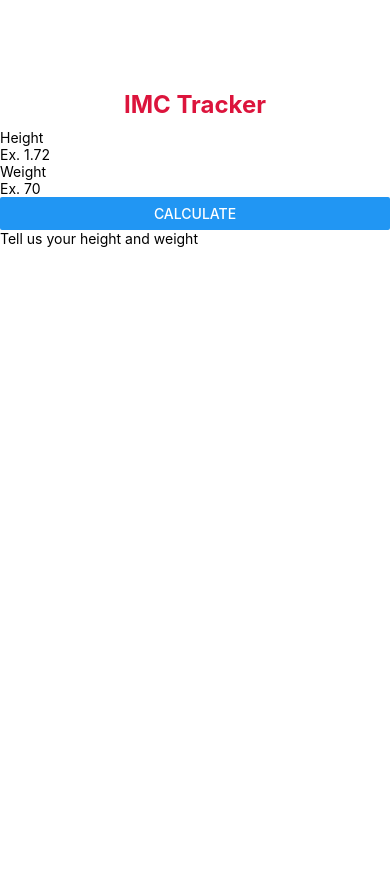
Repository: rubenmatias08/IMCTracker
Screen: /
An editor plug-in stored every save of this project. The screen is shown before and after the next save, followed by the edit.
The app was drawn by React Native's web renderer in a window 390 px wide. The project was rebuilt for these pictures with package versions that can differ from the ones it lists, and the page was loaded fresh each time.

Above is the screen before, as saved 2024-03-10 17:22:49.

### App.js
import { StyleSheet, View } from 'react-native';
import Title from './src/components/Title';
import Form from './src/components/Form/index'

export default function App() {
  return (
    <View style={styles.container}>
      <Title/>
      <Form />
    </View>
  );
}

const styles = StyleSheet.create({
  container: {
    flex: 1,
    backgroundColor: 'f8f8ff',
    paddingTop: 80,

  },
});



/*
   alignItems: 'center',
    justifyContent: 'center',

*/

### src/components/Title/index.js
import React from "react";
import { View,Text } from "react-native"; //Componentes
import styles from "./style";

export default function Title(){
    return(
        <View style={styles.boxTitle}>
            <Text style={styles.textTitle}>IMC Tracker</Text>
        </View>
    )
}

//Para aplicar a estilização colocamos: style={nomedoficheiroimportado.propriedadeJSON}

### src/components/Form/index.js
import React , {useState} from "react";
import { TextInput, View, Text, Button } from "react-native";
import ResultIMC from "./ResultIMC";
import styles from "./style";


export default function Form(){

    const [height, setHeight] = useState(null); // Altura
    const [weight, setWeight] = useState(null); // Peso
    const [messageIMC, setmessageIMC] = useState("Tell us your height and weight"); // Mensagem que contem o resultado
    const [imc,setIMC] = useState(null); // valor do IMC
    const [textButton, setTextButton] = useState("Calculate"); //

    //Calcular o imc é altura x altura a dividir por peso
    //E vamos querer que nos retorne o resultado (toFixed) que é para vir com 2 casas decimais apenas.
    function CalculatorIMC(){
        return setIMC((weight / (height * height)).toFixed(2))
    }

    //Caso os valores tiverem sido preenchidos ele valida, caso contrário temos de avisar o usuário para preencher os dados de altura e peso.
    //Aqui com a condição é: Caso os valores de height e weight sejam diferentes de null, ou seja, estão preenchidos... Chama a função CalculatorIMC() que fará o calculo que depois nos dá o resultado.
    function ValidationIMC(){
        if(height != null && weight != null){
            CalculatorIMC() //Função do calculo
            setHeight(null) //Reset de height para que se faça depois um novo calculo
            setWeight(null) //Reset de weight para que se faça depois um novo calculo
            setmessageIMC("Your IMC is:") //Mensagem para apresentar o resultado
            setTextButton("Calculate again") //Botão com mensagem
            return //Depois de tudo isto... Retorna-nos.
        }
        setIMC(null) //caso o peso e altura sejam nulos, colocamos o imc como nulo também para que não haja resposta de possiveis calculos anteriores
        setTextButton("Calculate") //Para voltar a apresentar o texto original
        setmessageIMC("Tell us your height and weight") //Para voltar a apresentar o texto original

    }


    return(
        <View style={styles.formContext}>
            <View>
                <Text>Height</Text>
                <TextInput
                onChangeText={setHeight}
                value={height}
                placeholder="Ex. 1.72"
                keyboardType="numeric"
                />

                <Text>Weight</Text>
                <TextInput
                onChangeText={setWeight}
                value={weight}
                placeholder="Ex. 70"
                keyboardType="numeric"
                />

                <Button
                onPress={() => ValidationIMC()}
                title={textButton}/>

            </View>
            <ResultIMC messageResultImc={messageIMC} resultImc={imc}/>
        </View>
    )
}

//O keyboardType indica qual o tipo de teclado que ele vai abrir
//No <ResultIMC> leva duas props com propriedades dinamicas.

### src/components/Title/style.js
import { StyleSheet } from "react-native";

const styles = StyleSheet.create( {
    boxTitle: {
        alignItems: "center",
        justifyContent: "center",
        padding: 10,
    },
    textTitle: {
        color:"#DC143C",
        fontSize:24,
        fontWeight:"bold"
    }
});

export default styles;

### src/components/Form/ResultIMC/index.js
import React from "react";
import { View , Text } from "react-native";

export default function ResultIMC(props){
    return(
        <View>
            <Text>{props.messageResultImc}</Text>
            <Text>{props.resultImc}</Text>
        </View>
    )
}

//Neste componente vai ser mostrado o resultado do valor de IMC e uma mensagem com o valor desse IMC.

### src/components/Form/style.js
import { StyleSheet } from "react-native";

const styles = StyleSheet.create( {
    formContext: {
        width:"100%",
        height:"100%",
        bottom:0,
    }
});

export default styles;

After the next save:
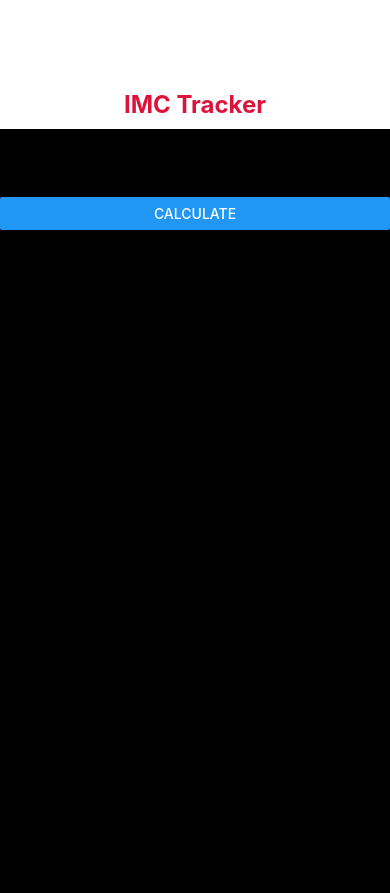
Saved 46 s later.
--- a/src/components/Form/style.js
+++ b/src/components/Form/style.js
@@ -5,6 +5,7 @@
         width:"100%",
         height:"100%",
         bottom:0,
+        backgroundColor:"black"
     }
 });
 

After the save that followed:
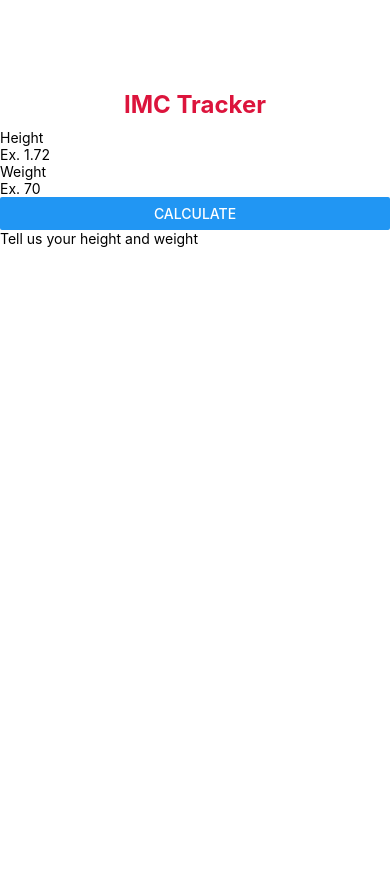
Saved 6 s later.
--- a/src/components/Form/style.js
+++ b/src/components/Form/style.js
@@ -5,7 +5,7 @@
         width:"100%",
         height:"100%",
         bottom:0,
-        backgroundColor:"black"
+        backgroundColor:"white"
     }
 });
 
